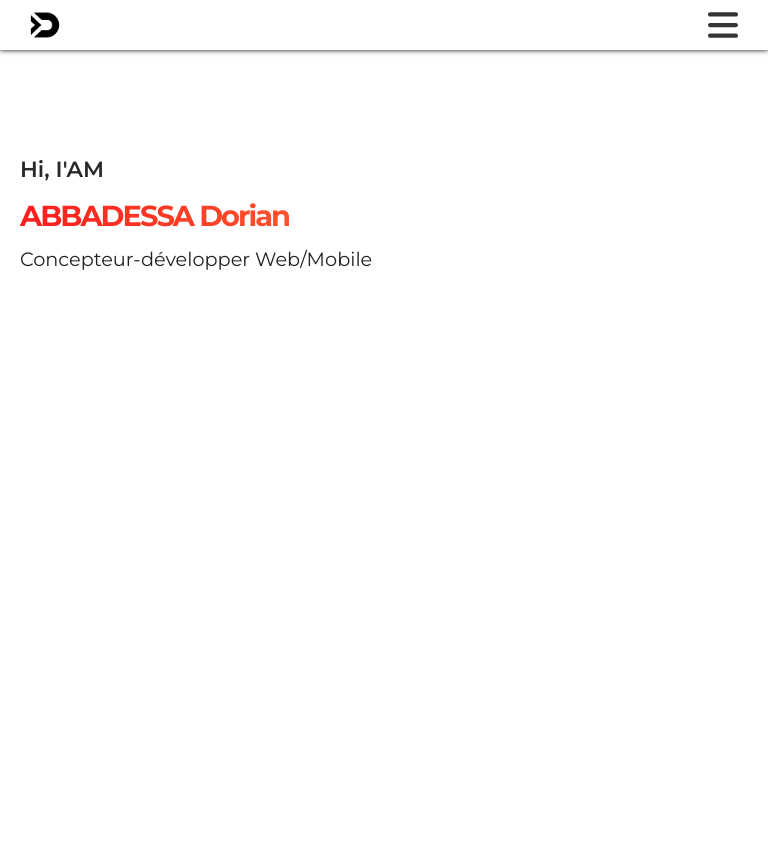
Repository: DorianABDS/Portfolio-ABBADESSA-Dorian
Page: index.html
An editor plug-in stored every save of this project. The page is shown before and after the next save, followed by the edit.
The browser window is 768 px wide. The pictures show the whole page.

Above is the page before, as saved 2024-11-26 20:32:31.

### index.html
<!DOCTYPE html>
<html lang="fr">
<head>
    <meta charset="UTF-8">
    <meta name="viewport" content="width=device-width, initial-scale=1.0">
    <meta charset="UTF-8">
    <meta name="viewport" content="width=device-width, initial-scale=1.0">
    <meta name="keywords" content="Portfolio, ABBADESSA Dorian, Web developper">
    <title>ABBADESSA Dorian - Portfolio</title>
    <link rel="shortcute icon" href="/src/img/Logo Div.png">
    <link rel="stylesheet" href="style.css">
</head>
<body>
    <header class="header">
        <nav class="navbar">
            <a href="index.html" class="logo"><img src="/src/img/Logo plat Div noir.png" alt=""></a>
            <div class="nav-links">
                <ul>
                    <li><a href="index.html">Accueil</a></li>
                    <li><a href="articles.html">Articles</a></li>
                    <li><a href="apropos.html">À propos</a></li>
                    <li><a href="contact.html">Contact</a></li>
                </ul>
            </div>
            <img src="/src/img/bars-solid.svg" alt="menu hamburger" class="menu-hamburger">
        </nav>
        <!-- <div class="social">
            <a href="#" title="Facebook"><img src="/src/img/icone Github.png" alt=""></a>
            <a href="#" title="Twitter"><img src="src/img/icone Linkedin.png" alt=""></a>
        </div> -->
    </header>
    <main>
        <section class="accueil">
            <div class="contrainer-accueil">
                <h2>Hi, I'AM</h2>
                <h1><span>ABBADESSA Dorian</span></h1>
                <p>Concepteur-développer Web/Mobile</p>
            </div>
        </section>
    </main>
</body>
<script>
    const menuHamburger = document.querySelector(".menu-hamburger")
    const navLinks = document.querySelector(".nav-links")
    const social = document.querySelector(".social")

    menuHamburger.addEventListener('click',()=>{
    navLinks.classList.toggle('mobile-menu')
    })
</script>
</html>

### style.css
@font-face {
    font-family: "Montserrat";
    src: url(/src/font/Montserrat-VariableFont_wght.ttf);
}

* {
    margin: 0;
    padding: 0;
    text-decoration: none;
    list-style: none;
    box-sizing: border-box;

}

html, body {
    font-size: 19.3px;
    color: rgba(0, 0, 0, .87);
    background-color: #fff;
    font-family: "Montserrat", sans-serif;
    line-height: 1.8;
    font-weight: 400;
}

.navbar {
    background: rgb(255, 255, 255);
    backdrop-filter: blur(10px);
    box-shadow: 0 0 5px rgb(0, 0, 0);;
    top: 0;
    left: 0;
    height: 50px;
    width: auto;
    position: fixed;
    padding-left: 30px;
    padding-right: 61px;
    width: 100%;
    display: flex;
    justify-content: space-between;
    align-items: center;
    z-index: 1;
}

.navbar a {
    color: #292929;
    font-weight: 700;
    display: inline;
}

.navbar .nav-links ul li a::after {
    content: "";
    display: block;
    height: 2px;
    background: rgb(255, 255, 255);
    transform: scale(0);
    transition: transform 0.2s ease-in-out;
}

.navbar .nav-links ul li a:hover::after {
    transform: scale(1);
}

.navbar .logo {
    transform: none;
    font-weight: 700;
}

.navbar .nav-links ul {
    display: flex;
    align-items: center;
}

.navbar .nav-links ul li {
    display: flex;
    margin: 0 25px;
}

.navbar .nav-links ul li img {
    display: flex;
    padding: -20px;
    margin-left: -23px;
}

.navbar .menu-hamburger {
    display: none;
    position: absolute;
    top: 8px;
    right: 30px;
    width: 30px;
}

.social a {
    border: solid;
}

.accueil {
    padding-top: 100px;
    margin-top: 50px;
    width: 100%;
    height: 100vh;
}

.contrainer-accueil {
    padding-left: 20px;
}

@media  screen and (max-width: 814px) {
    .navbar .menu-hamburger {
        display: block;
    }

    .nav-links.mobile-menu {
        margin-left: 0;
    }

    .navbar {
        padding: 0;
    }

    .navbar .logo {
        padding-left: 20px;
    }

    .navbar .logo img {
        display: flex;
        align-items: center;
        width: 50px;
    }

    .nav-links {
        position: absolute;
        background-color: rgba(255, 255, 255, 0.12);
        backdrop-filter: blur(8px);
        top: 0;
        left: 0;
        width: 100%;
        height: 100vh;
        display: flex;
        justify-content: center;
        align-items: center;
        margin-left: 100%;
        transition: all 0.5s ease;
    }

    .nav-links ul {
        display: flex;
        flex-direction: column;
        align-items: center;
    }

    .navbar .nav-links ul li {
        margin: 15px 0;
        font-size: 1.2em;
    }

    .accueil h2 {
        font-size: 22px;
        font-weight: 600;
        color: #292929;
    }

    .accueil h1 {
        /* display: inline-block; */
        /* color: #292929; */
        letter-spacing: -2px;
        font-weight: 700;
        background: linear-gradient(90deg, rgba(253,29,29,1) 0%, rgba(252,176,69,1) 100%);
        background-clip: text;
        -webkit-background-clip: text;
        -webkit-text-fill-color: transparent;
    }
}

### src/img/bars-solid.svg
<svg xmlns="http://www.w3.org/2000/svg" viewBox="0 0 448 512" fill="#353535"><!--!Font Awesome Free 6.7.0 by @fontawesome - https://fontawesome.com License - https://fontawesome.com/license/free Copyright 2024 Fonticons, Inc.--><path d="M0 96C0 78.3 14.3 64 32 64l384 0c17.7 0 32 14.3 32 32s-14.3 32-32 32L32 128C14.3 128 0 113.7 0 96zM0 256c0-17.7 14.3-32 32-32l384 0c17.7 0 32 14.3 32 32s-14.3 32-32 32L32 288c-17.7 0-32-14.3-32-32zM448 416c0 17.7-14.3 32-32 32L32 448c-17.7 0-32-14.3-32-32s14.3-32 32-32l384 0c17.7 0 32 14.3 32 32z"/></svg>

After the next save:
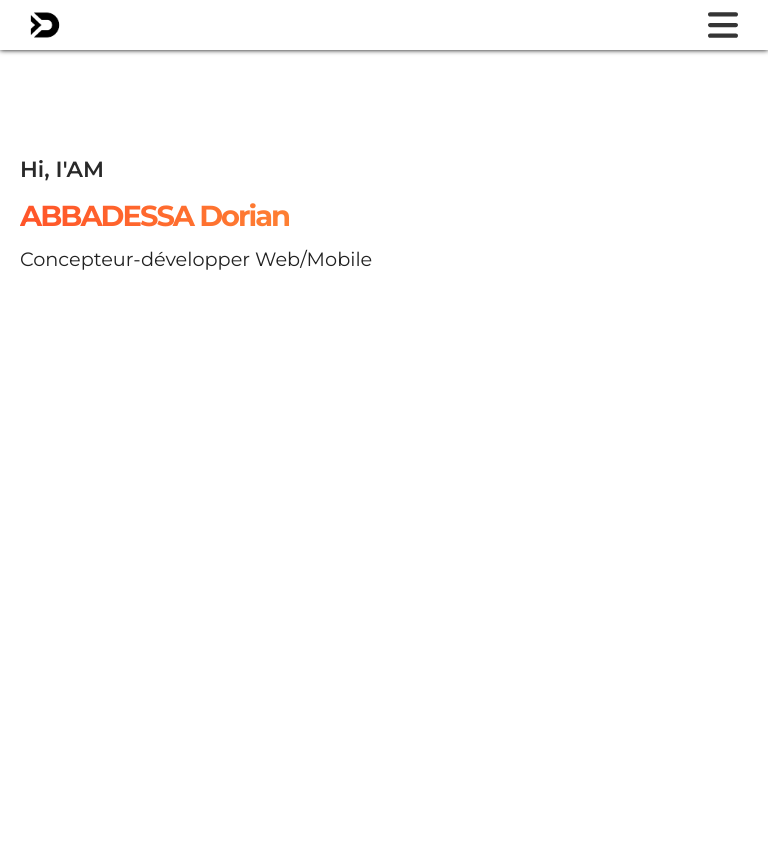
Saved 53 s later.
--- a/style.css
+++ b/style.css
@@ -162,8 +162,7 @@ html, body {
         /* color: #292929; */
         letter-spacing: -2px;
         font-weight: 700;
-        background: linear-gradient(90deg, rgba(253,29,29,1) 0%, rgba(252,176,69,1) 100%);
-        background-clip: text;
+        background: linear-gradient(90deg, rgba(255,84,41,1) 0%, rgba(252,204,69,1) 100%);        background-clip: text;
         -webkit-background-clip: text;
         -webkit-text-fill-color: transparent;
     }
